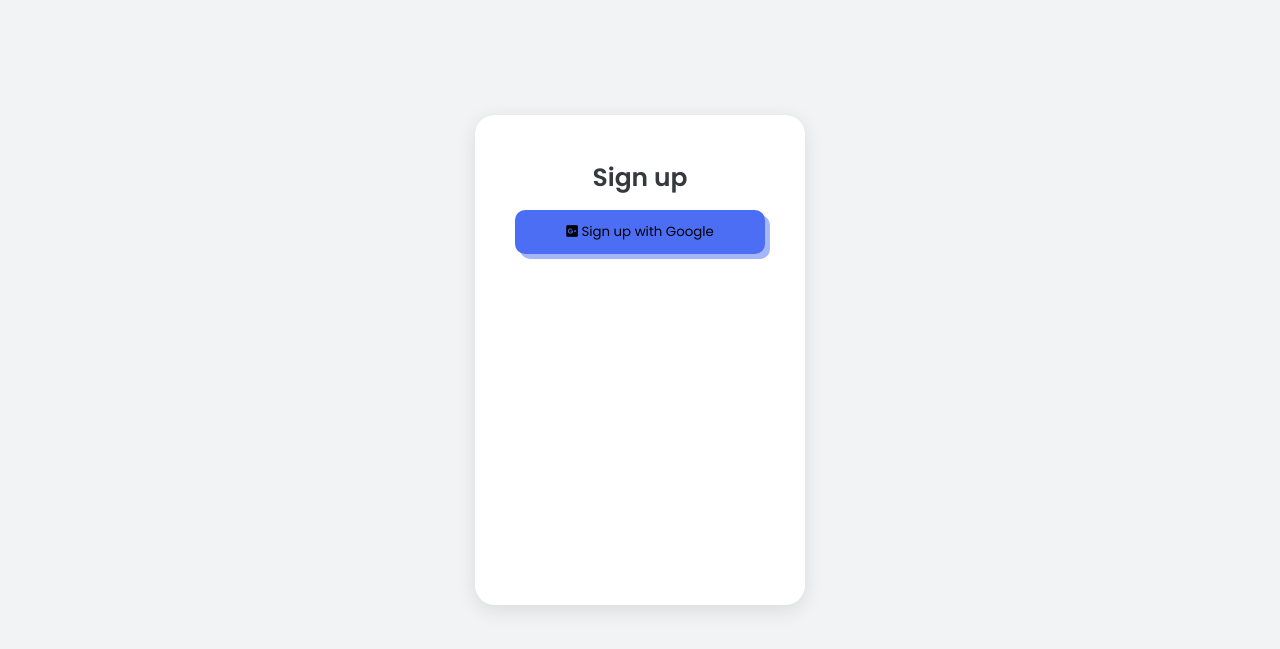
Repository: TranMinhMan040702/practice_html-css
Page: form-login/index.html
An editor plug-in stored every save of this project. The page is shown before and after the next save, followed by the edit.
The browser window is 1280 px wide. The pictures show the whole page.
Some web libraries are served in a nearby version.

Above is the page before, as saved 2022-08-24 12:56:46.

### form-login/index.html
<!DOCTYPE html>
<html lang="en">
<head>
    <meta charset="UTF-8">
    <meta http-equiv="X-UA-Compatible" content="IE=edge">
    <meta name="viewport" content="width=device-width, initial-scale=1.0">
    <link href="https://fonts.googleapis.com/css2?family=Poppins:wght@300;400;600&display=swap" rel="stylesheet">
    <link rel="stylesheet" href="https://cdnjs.cloudflare.com/ajax/libs/font-awesome/6.1.2/css/all.min.css" integrity="sha512-1sCRPdkRXhBV2PBLUdRb4tMg1w2YPf37qatUFeS7zlBy7jJI8Lf4VHwWfZZfpXtYSLy85pkm9GaYVYMfw5BC1A==" crossorigin="anonymous" referrerpolicy="no-referrer" />
    <title>Sign up</title>
    <link rel="stylesheet" href="reset.css">
    <link rel="stylesheet" href="main.css">
</head>
<body>
    <div class="singup">
        <div class="signup-heading">
            <h1>Sign up</h1>
        </div>
        <button class="signup-button">
            <i class="fa-brands fa-square-google-plus signup-icon"></i>
            <span class="signup-text">
                Sign up with Google
            </span>
        </button>
    </div>
</body>
</html>

### form-login/reset.css
html,
body,
div,
span,
applet,
object,
iframe,
h1,
h2,
h3,
h4,
h5,
h6,
p,
blockquote,
pre,
a,
abbr,
acronym,
address,
big,
cite,
code,
del,
dfn,
em,
img,
ins,
kbd,
q,
s,
samp,
small,
strike,
strong,
sub,
sup,
tt,
var,
b,
u,
i,
center,
dl,
dt,
dd,
ol,
ul,
li,
fieldset,
form,
label,
legend,
table,
caption,
tbody,
tfoot,
thead,
tr,
th,
td,
article,
aside,
canvas,
details,
embed,
figure,
figcaption,
footer,
header,
hgroup,
menu,
nav,
output,
ruby,
section,
summary,
time,
mark,
audio,
video {
  margin: 0;
  padding: 0;
  border: 0;
  font-size: 100%;
  font: inherit;
  vertical-align: baseline;
}
/* HTML5 display-role reset for older browsers */
article,
aside,
details,
figcaption,
figure,
footer,
header,
hgroup,
menu,
nav,
section {
  display: block;
}
body {
  line-height: 1;
}
ol,
ul {
  list-style: none;
}
blockquote,
q {
  quotes: none;
}
blockquote:before,
blockquote:after,
q:before,
q:after {
  content: "";
  content: none;
}
table {
  border-collapse: collapse;
  border-spacing: 0;
}

### form-login/main.css
html {
    font-size: 62.5%;
    font-family: "Poppins", sans-serif;
}

* {
    box-sizing: border-box;
}

body {
    width: 100%;
    height: 100vh;
    background-color: #f2f3f5;
    display: flex;
    justify-content: center;
    align-items: center;
}

.singup {
    max-width: 330px;
    width: 100%;
    height: 490px;
    background-color: #fff;
    padding: 50px 40px;
    border-radius: 20px;
    box-shadow: 0px 5px 20px rgba(0, 0, 0, 0.1);
}

.signup-heading {
    font-size: 2.5rem;
    font-weight: 600;
    color: #363a3f;
    text-align: center;
    margin-bottom: 20px;
}

.signup-button {
    font-family: "Poppins", sans-serif;
    width: 100%;
    height: 44px;
    border-radius: 10px;
    background-color: #4c6ef4;
    display: inline-block;
    border: none;
    box-shadow: 5px 5px 0px rgba(76, 110, 244, 0.5);
}

.signup-icon {

}

.signup-text {

}

After the next save:
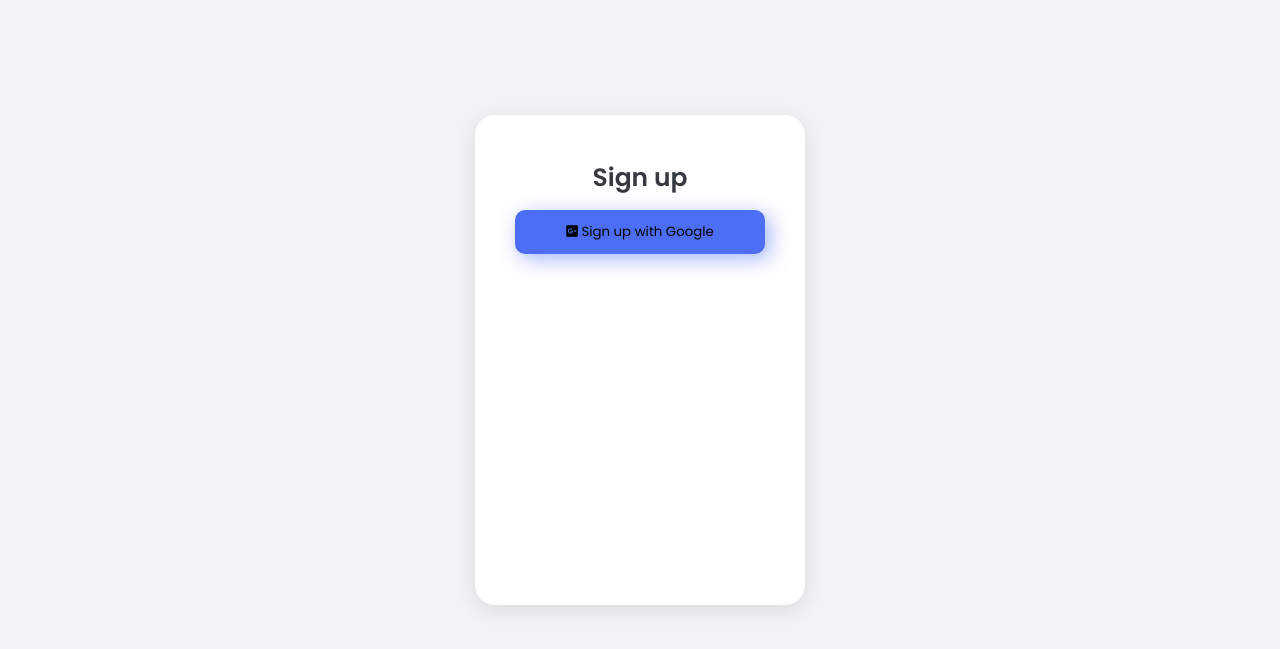
Saved 5 s later.
--- a/form-login/main.css
+++ b/form-login/main.css
@@ -42,7 +42,7 @@ body {
     background-color: #4c6ef4;
     display: inline-block;
     border: none;
-    box-shadow: 5px 5px 0px rgba(76, 110, 244, 0.5);
+    box-shadow: 5px 5px 20px rgba(76, 110, 244, 0.5);
 }
 
 .signup-icon {
